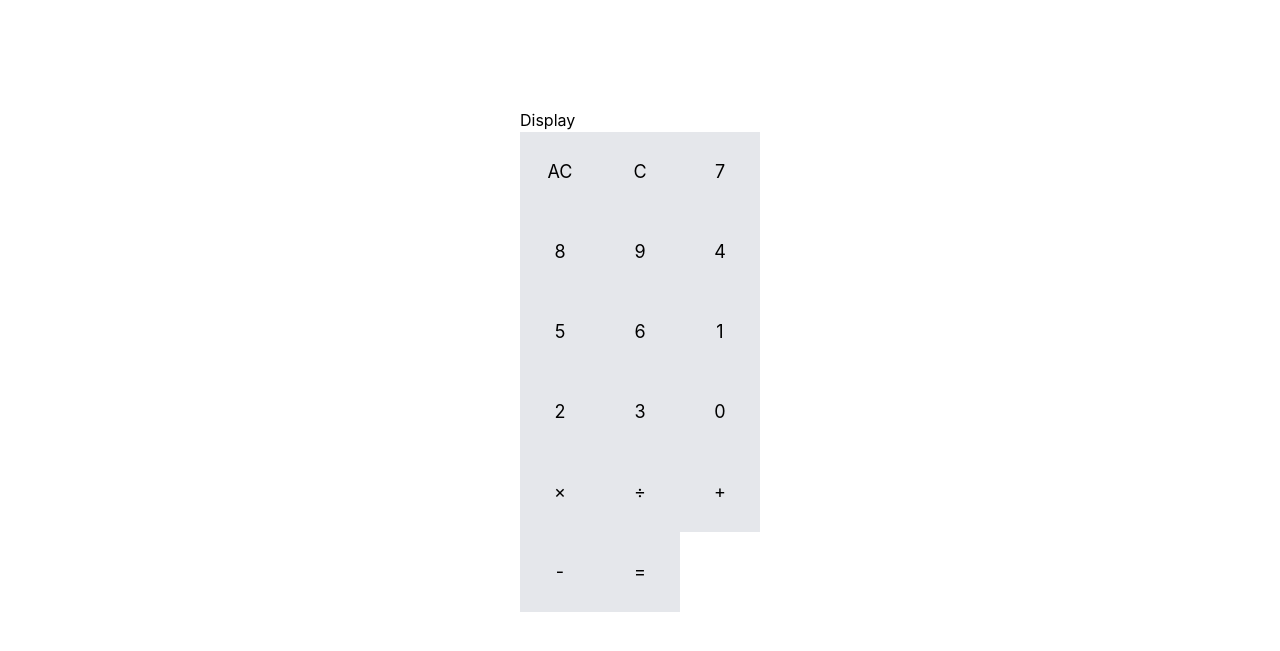
Repository: BrianPhamDev/calculator_app
Page: /
The author's editor kept a copy of each file at every save. The page is drawn from the files as they stood at one save, then again after the next save.
The browser window is 1280 px wide. The pictures show the whole page.
The project was rebuilt for these pictures with package versions that can differ from the ones it lists, and the page was loaded fresh each time. Also part of the build but not shown: vite.config.js.

Above is the page before, as saved 2024-01-09 14:17:07.

After the next save:
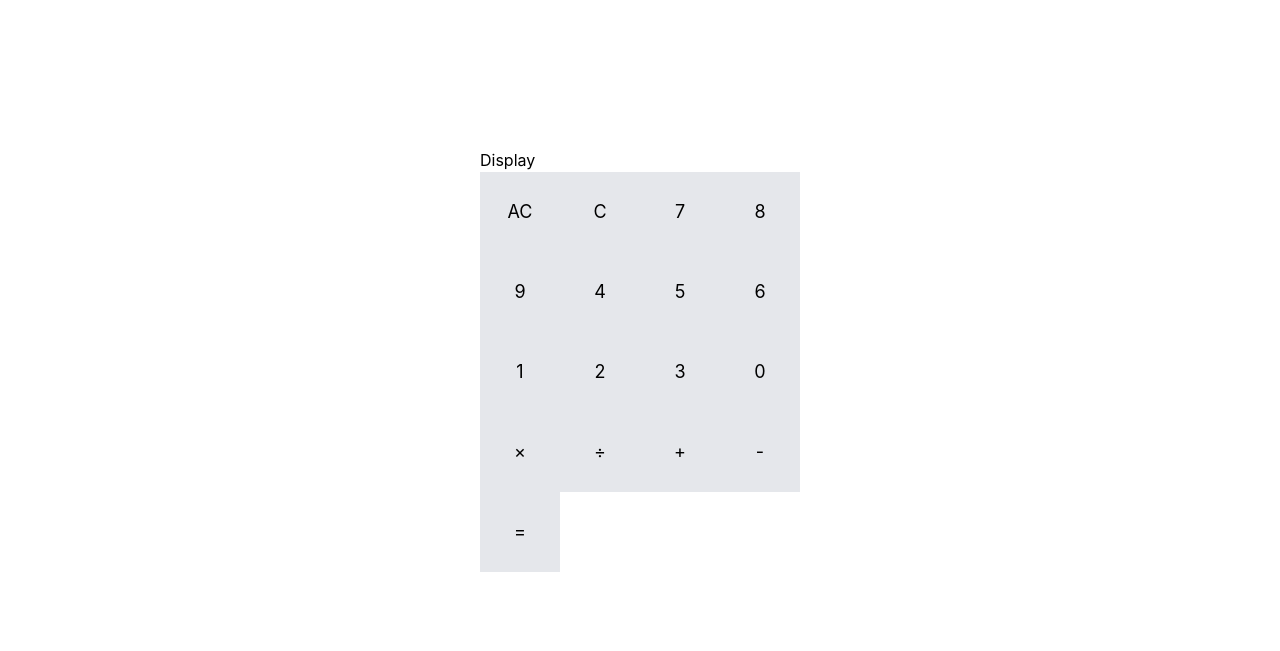
Saved 27 s later.
--- a/src/components/Calculator.jsx
+++ b/src/components/Calculator.jsx
@@ -4,7 +4,7 @@ const Calculator = () => {
   return (
     <div className="">
       <h1>Display</h1>
-      <div className="grid grid-cols-3">
+      <div className="grid grid-cols-4">
         {calculatorButtons.map((button) => {
           return (
             <div
